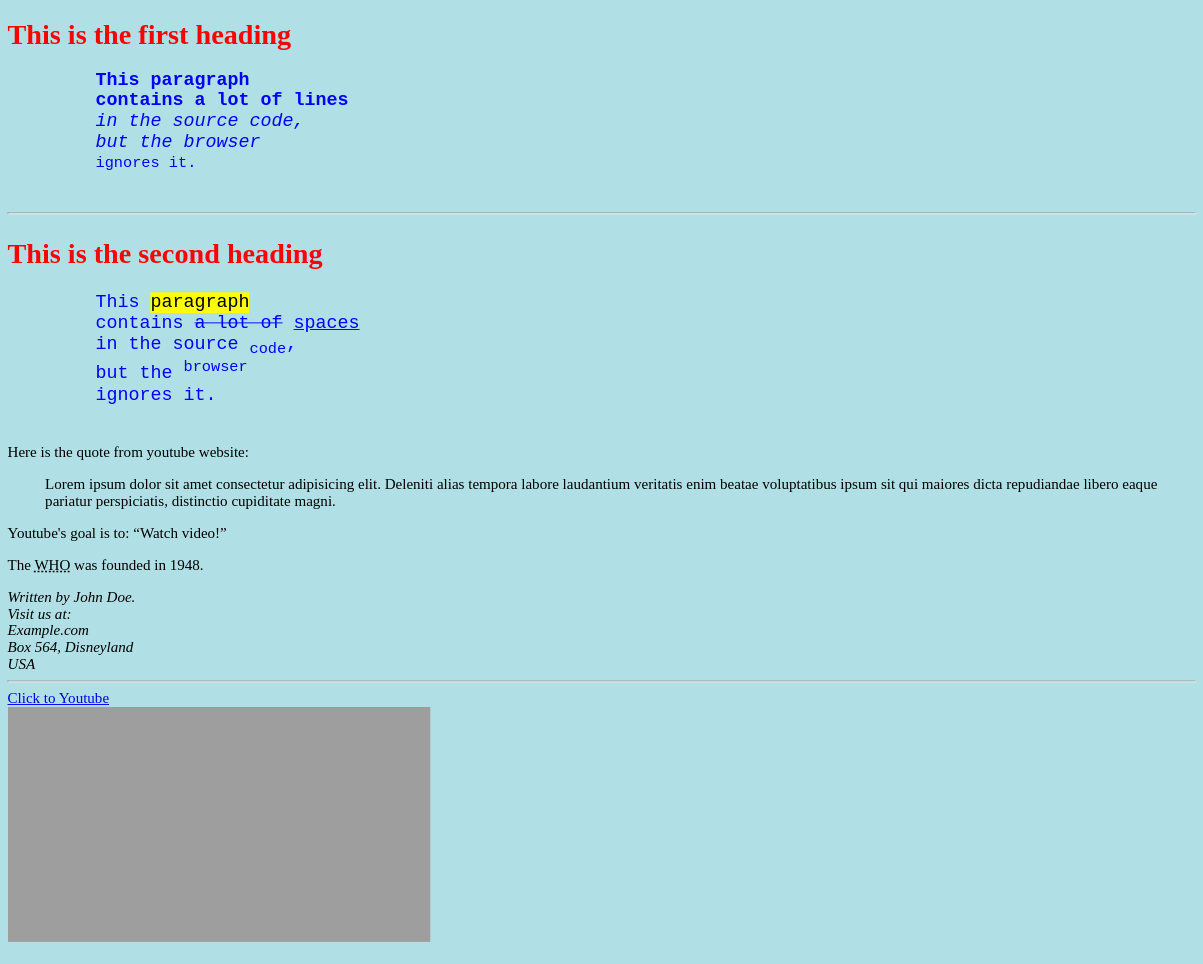
Repository: zRush1202/LoginPage-demo
Page: ex_html/index.html
These files come from the project's save history. The page is drawn as it stood at one moment and after the next save; the edit follows.
The browser window is 1280 px wide. The pictures show the whole page, at 94% of full size.
Pictures or frames that could not be fetched are drawn as grey boxes.

Above is the page before, as saved 2023-09-06 17:04:19.

After the next save:
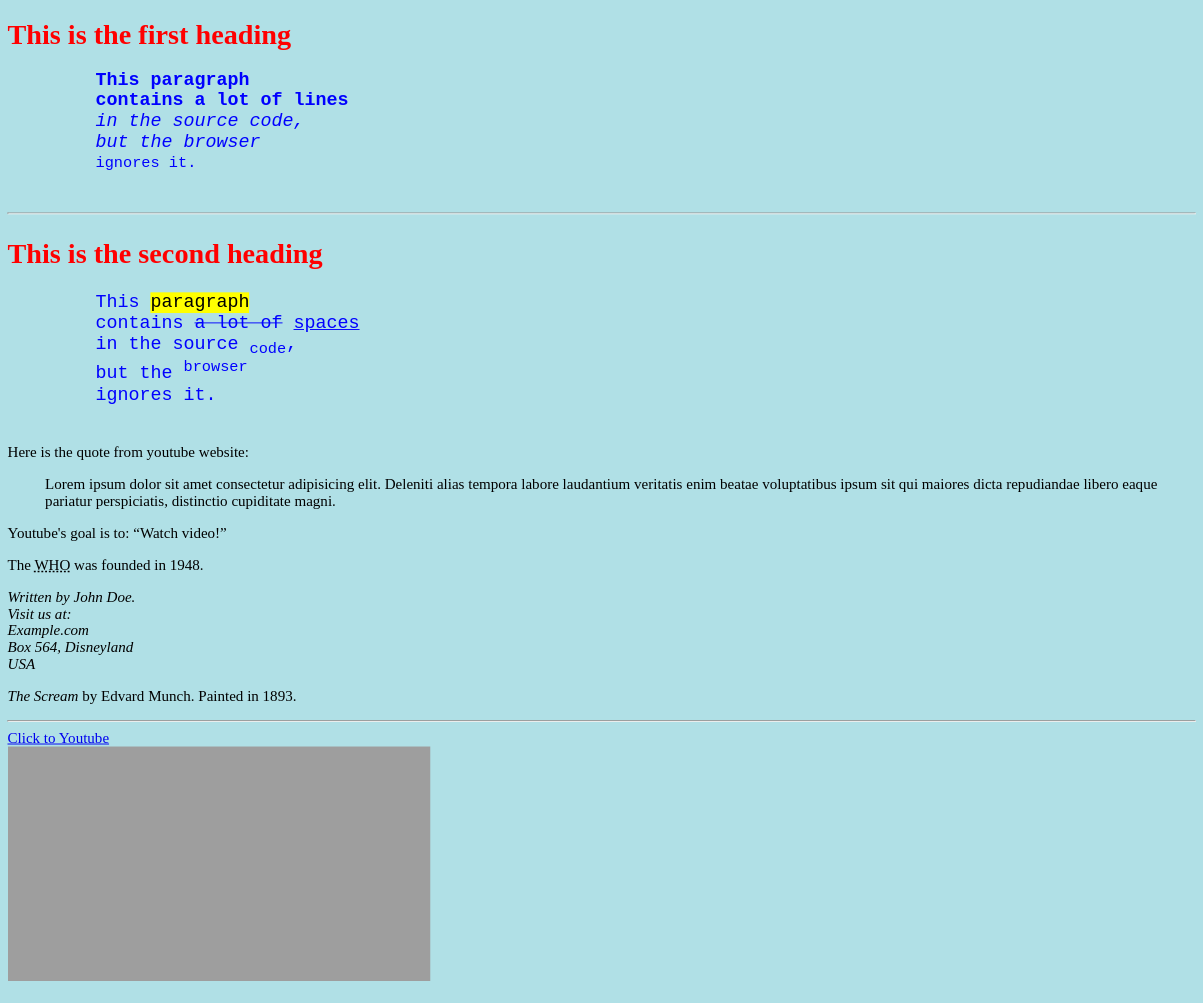
Saved 91 s later.
--- a/ex_html/index.html
+++ b/ex_html/index.html
@@ -39,6 +39,7 @@
         Box 564, Disneyland<br>
         USA
     </address>
+    <p><cite>The Scream</cite> by Edvard Munch. Painted in 1893.</p>
     <hr>
     <a href="https://www.youtube.com/"> Click to Youtube</a>
     <br>
